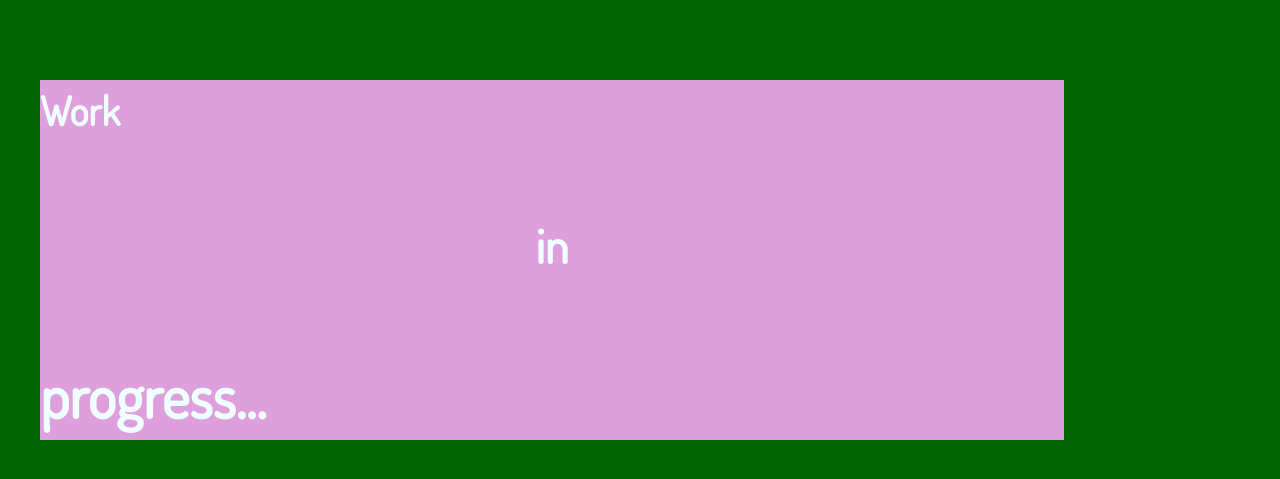
Repository: NollieChtn6/NollieChtn6.github.io
Page: index.html
These files come from the project's save history. The page is drawn as it stood at one moment and after the next save; the edit follows.
The browser window is 1280 px wide. The pictures show the whole page.

Above is the page before, as saved 2023-11-10 18:12:46.

After the next save:
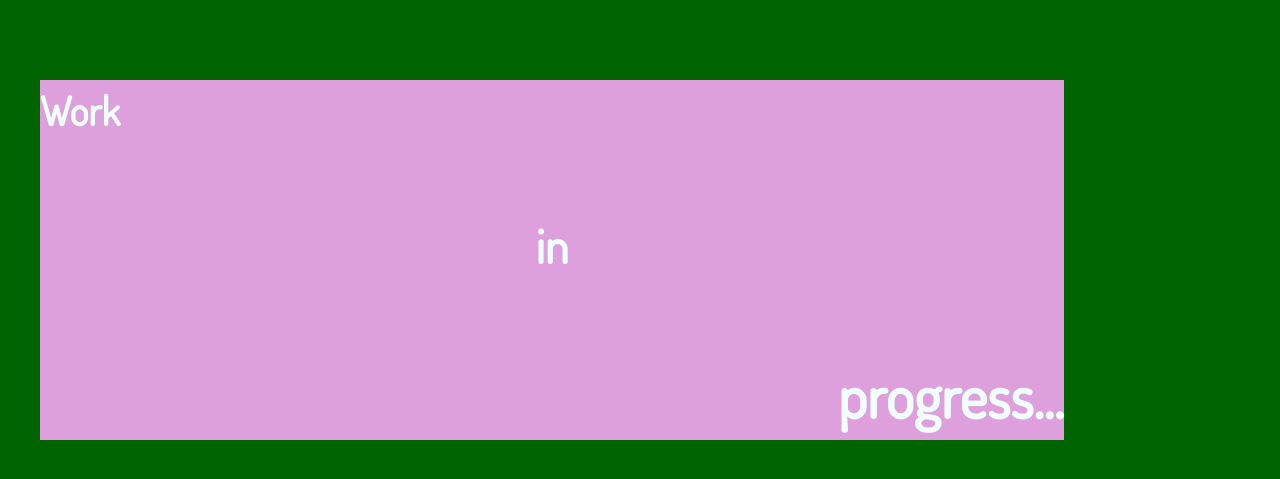
Saved 10 s later.
--- a/css/style.css
+++ b/css/style.css
@@ -73,6 +73,6 @@
 }
 
 .main__title--level-3 {
-  align-self: right;
+  align-self: end;
   font-size: 1.5em;
 }

After the 2 saves that followed:
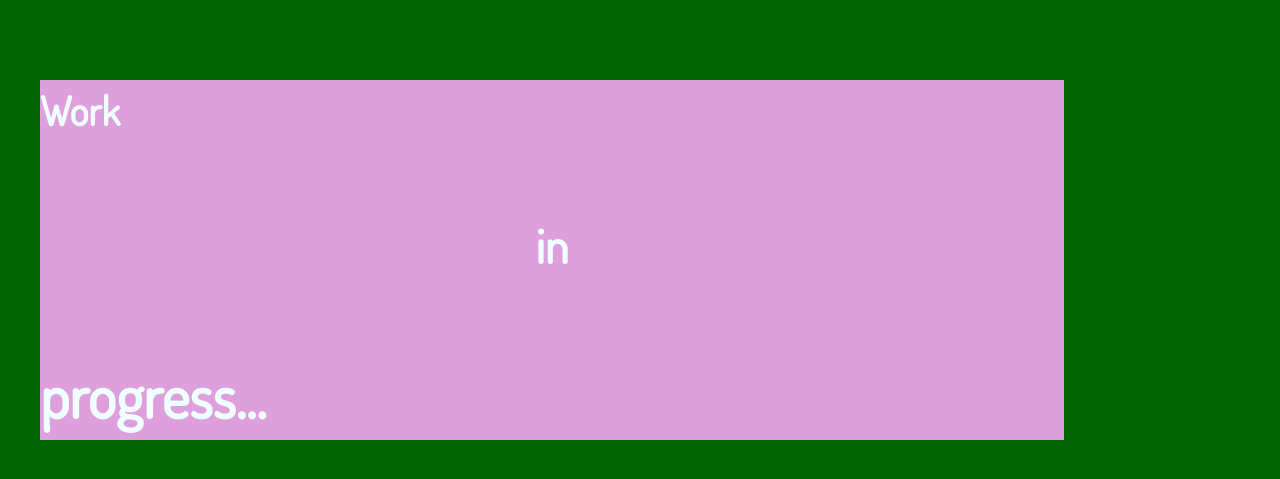
The 2 saves are shown as one change because 1 left the picture as it was.
The last was saved 15 s later.
--- a/css/style.css
+++ b/css/style.css
@@ -73,6 +73,6 @@
 }
 
 .main__title--level-3 {
-  align-self: end;
+  align-self: endend;
   font-size: 1.5em;
 }
